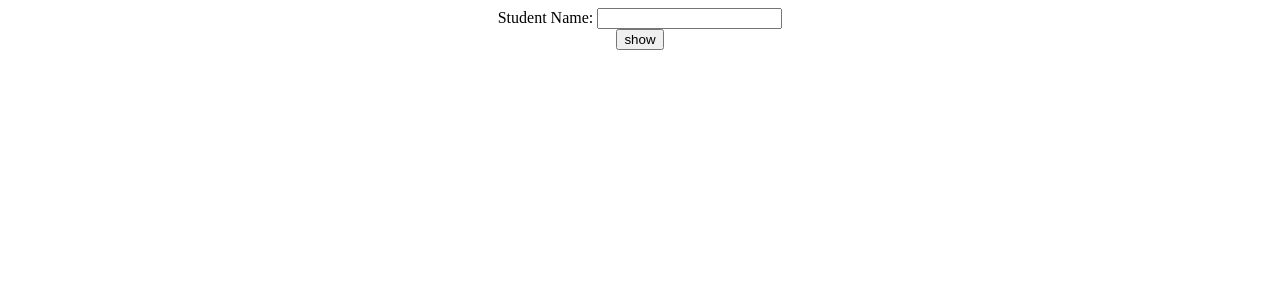
Repository: Guptaji153/Test002
Page: Day2/ServletDemos/src/main/webapp/text.html
These files come from the project's save history. The page is drawn as it stood at one moment and after the next save; the edit follows.
The browser window is 1280 px wide. The pictures show the whole page.

Above is the page before, as saved 2025-04-30 07:25:14.

After the next save:
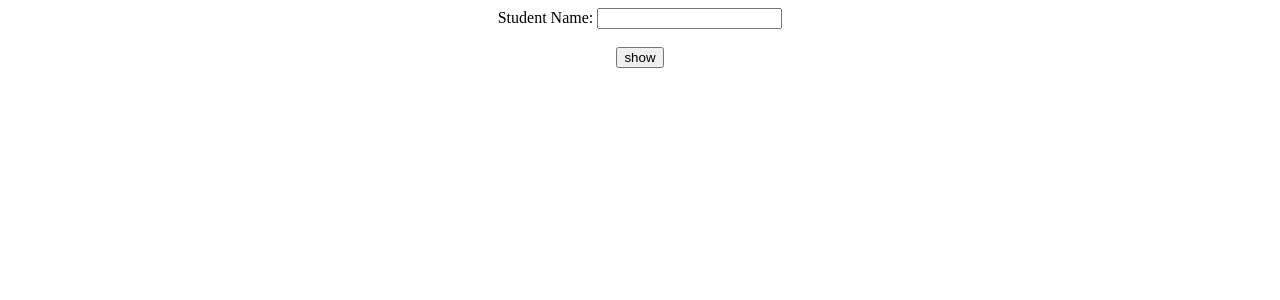
Saved 7 s later.
--- a/Day2/ServletDemos/src/main/webapp/text.html
+++ b/Day2/ServletDemos/src/main/webapp/text.html
@@ -12,7 +12,7 @@
 
 
 Student Name:
-<input type = "text" name = "sname"><br>
+<input type = "text" name = "sname"><br> <br/>
 <input type = "submit" value = "show"/>
 </center>
 
